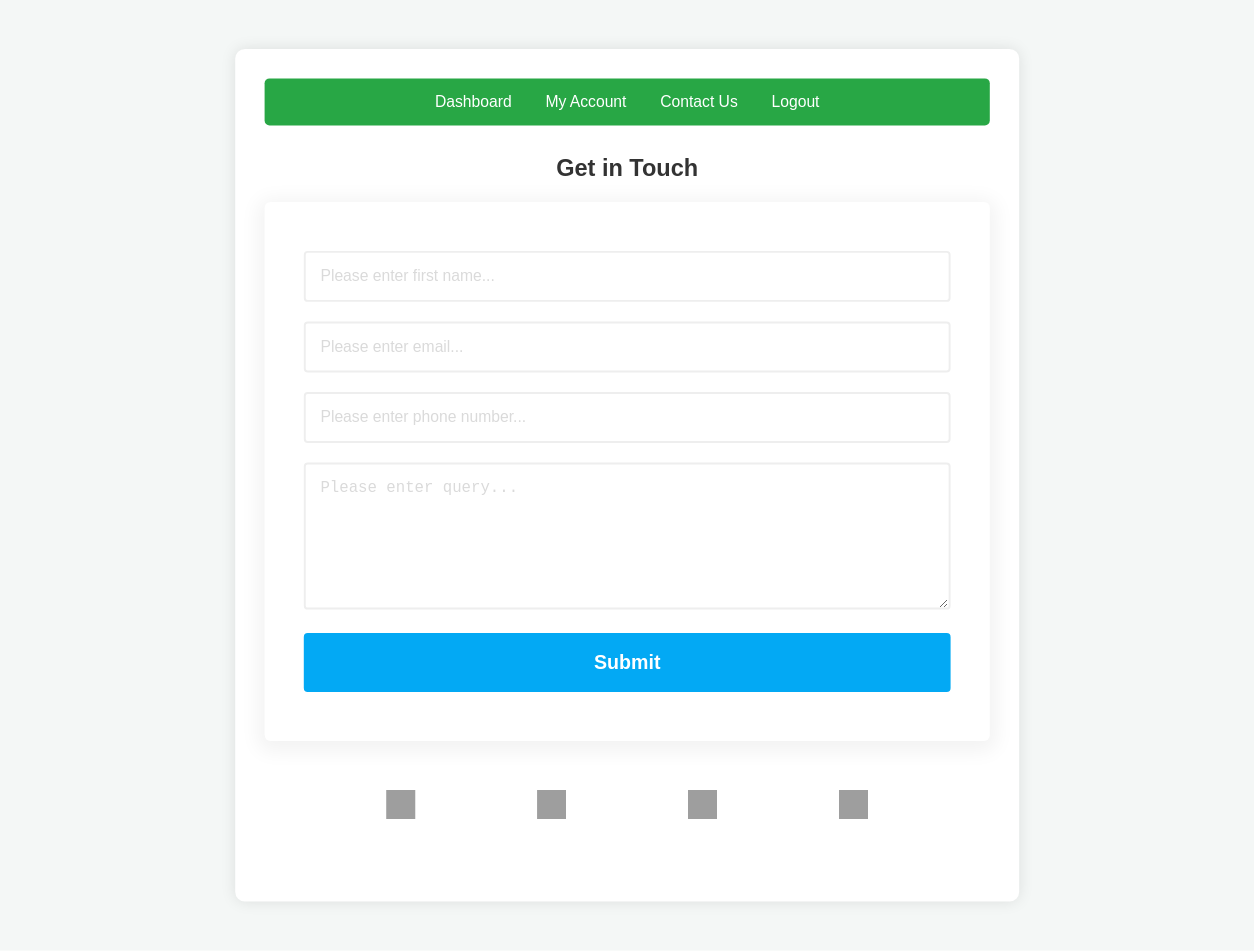
Repository: AmodhyaSharinda/java-CRUD
Page: http://localhost/java_project/contactUs.jsp
These files come from the project's save history. The page is drawn as it stood at one moment and after the next save; the edit follows.
The browser window is 1280 px wide. The pictures show the whole page, at 98% of full size.
Pictures or frames that could not be fetched are drawn as grey boxes. An inner scrolling area shows only its first screen. The page is served by Tomcat 9. Other server files are loaded and not shown.

Above is the page before, as saved 2024-10-01 06:33:07.

### java_project/src/main/webapp/contactUs.jsp
<!DOCTYPE html>
<html lang="en">
<head>
  <meta charset="UTF-8">
  <meta name="viewport" content="width=device-width, initial-scale=1.0">
  <title>Contact Us</title>
  <style>
    * {
      margin: 0;
      padding: 0;
      box-sizing: border-box;
    }

    body {
      font-family: 'Arial', sans-serif;
      background: #f4f7f6;
    }

    .container {
      max-width: 800px;
      margin: 50px auto;
      background: #fff;
      padding: 30px;
      box-shadow: 0 0 15px rgba(0, 0, 0, 0.1);
      border-radius: 10px;
    }

    h2 {
      margin-bottom: 20px;
      color: #333;
      text-align: center;
    }

    .nav-menu {
      background: #28a745;
      padding: 15px;
      border-radius: 5px;
      margin-bottom: 30px;
      text-align: center;
    }

    .nav-menu a {
      color: white;
      text-decoration: none;
      margin: 0 15px;
      font-size: 16px;
      transition: color 0.3s;
    }

    .nav-menu a:hover {
      text-decoration: underline;
      color: #d4edda;
    }

    .form-wrapper {
      background-color: white;
      padding: 50px 40px;
      box-shadow: rgba(0, 0, 0, 0.05) 0px 4px 20px 7px;
      border-radius: 6px;
      text-align: center;
    }

    .text-blk {
      margin: 0;
      line-height: 25px;
    }

    .input, .textinput {
      width: 100%;
      padding: 15px;
      border: 2px solid #eeeeee;
      font-size: 16px;
      color: black;
      border-radius: 4px;
      margin-bottom: 20px; /* Add some margin for spacing */
    }

    .textinput {
      min-height: 150px;
    }

    .submit-btn {
      width: 100%;
      background-color: #03a9f4;
      height: 60px;
      font-size: 20px;
      font-weight: 700;
      color: white;
      border: none;
      border-radius: 4px;
      cursor: pointer;
      transition: background 0.3s;
    }

    .submit-btn:hover {
      background-color: #0381fe;
    }

    .social-media-links {
      display: flex;
      justify-content: space-evenly;
      margin: 50px 0;
    }

    .link-img {
      width: 30px;
      height: 30px;
    }

    ::placeholder {
      color: #dadada;
    }

    @media (max-width: 768px) {
      .input, .textinput, .submit-btn {
        width: 100%;
      }
    }
  </style>
</head>
<body>

  <div class="container">
    <div class="nav-menu">
      <a href="dashboard.jsp">Dashboard</a>
      <a href="customerAccount.jsp">My Account</a>
      <a href="contactUs.jsp">Contact Us</a>
      <a href="logout.jsp">Logout</a>
    </div>

    <h2>Get in Touch</h2>

    <form action="contactInsert" method="post" class="form-wrapper">
      <input class="input" name="UserName" placeholder="Please enter first name..." required>
      <input class="input" name="Email" placeholder="Please enter email..." required>
      <input class="input" name="PhoneNumber" placeholder="Please enter phone number..." required>
      <textarea class="textinput" name="Msg" placeholder="Please enter query..." required></textarea>
      <button type="submit" class="submit-btn">Submit</button>
    </form>

    <div class="social-media-links">
      <a href="#"><img class="link-img" src="https://workik-widget-assets.s3.amazonaws.com/Footer1-83/v1/images/Icon-twitter.png" alt="Twitter"></a>
      <a href="#"><img class="link-img" src="https://workik-widget-assets.s3.amazonaws.com/Footer1-83/v1/images/Icon-facebook.png" alt="Facebook"></a>
      <a href="#"><img class="link-img" src="https://workik-widget-assets.s3.amazonaws.com/Footer1-83/v1/images/Icon-google.png" alt="Google"></a>
      <a href="#"><img class="link-img" src="https://workik-widget-assets.s3.amazonaws.com/Footer1-83/v1/images/Icon-instagram.png" alt="Instagram"></a>
    </div>
  </div>

</body>
</html>

After the next save:
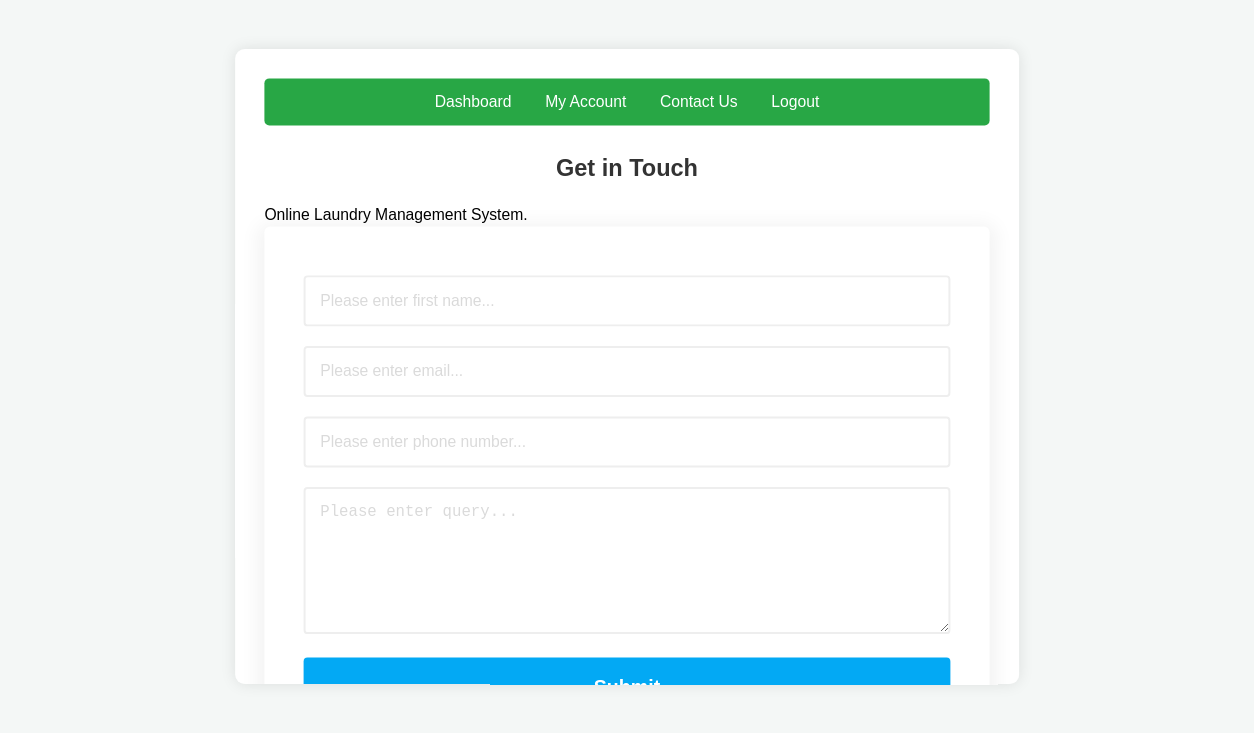
Saved 60 s later.
--- a/java_project/src/main/webapp/contactUs.jsp
+++ b/java_project/src/main/webapp/contactUs.jsp
@@ -17,12 +17,14 @@
     }
 
     .container {
-      max-width: 800px;
+      max-width: 800px; /* Set the same max-width */
       margin: 50px auto;
       background: #fff;
       padding: 30px;
       box-shadow: 0 0 15px rgba(0, 0, 0, 0.1);
       border-radius: 10px;
+      overflow-y: auto; /* Enable vertical scrolling */
+      max-height: 90vh; /* Limit the maximum height of the container */
     }
 
     h2 {
@@ -129,6 +131,7 @@
     </div>
 
     <h2>Get in Touch</h2>
+    <p class="text-blk contactus-subhead">Online Laundry Management System.</p>
 
     <form action="contactInsert" method="post" class="form-wrapper">
       <input class="input" name="UserName" placeholder="Please enter first name..." required>
